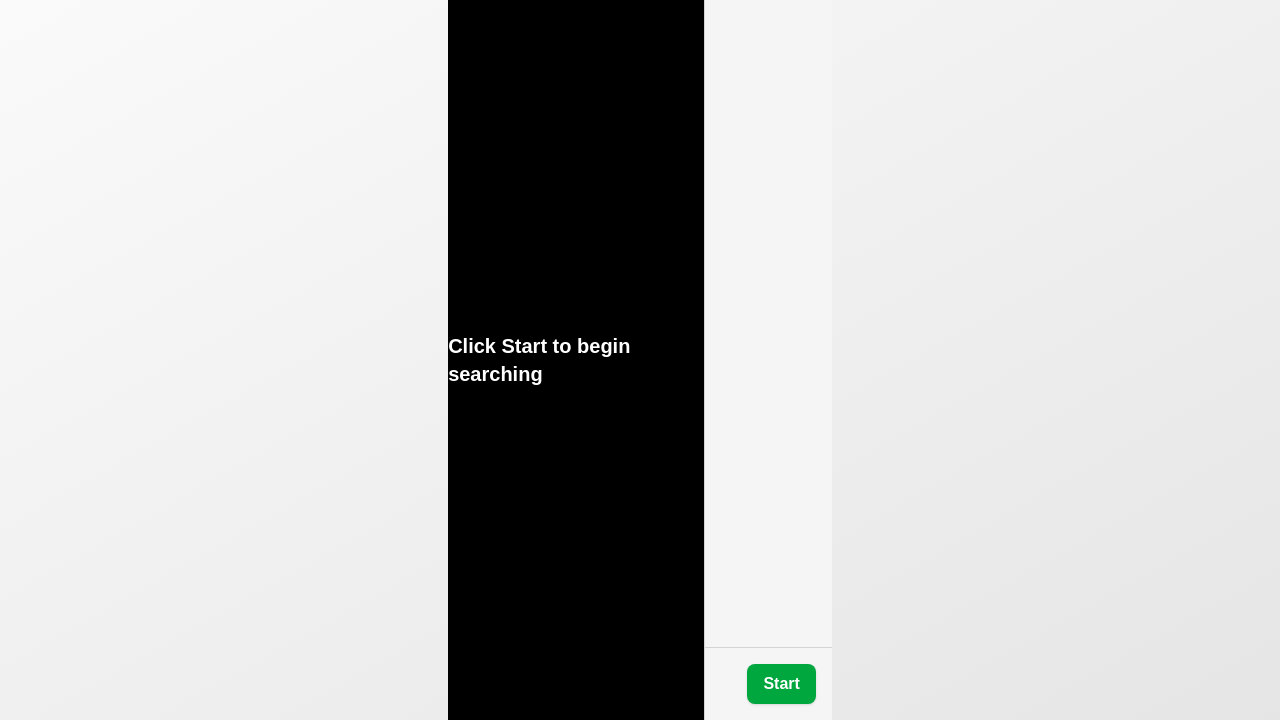
Repository: akanksha653/connectify
Page: /anonymous
An editor plug-in stored every save of this project. The page is shown before and after the next save, followed by the edit.
The browser window is 1280 px wide. The pictures show the whole page.
The page's requests for data from a server got no answer. The project was rebuilt for these pictures with package versions that can differ from the ones it lists, and the page was loaded fresh each time. The framework's server and built-in components were replaced by stand-ins that run in the browser. No one was signed in, and anything a server would have sent is missing. Also part of the build but not shown: next.config.ts, components/video/LocalVideo.tsx, components/video/RemoteVideo.tsx, components/chat/ChatBox.tsx, features/anonymousChat/components/FindingPartner.tsx.

Above is the page before, as saved 2025-07-12 16:34:38.

### src/app/anonymous/page.tsx
"use client";

import React from "react";
// Update the import path below to the correct relative path if needed
import AnonymousChatRoom from "../../../features/anonymousChat/components/AnonymousChatRoom";

export default function AnonymousPage() {
  return (
    <main className="flex min-h-screen flex-col items-center justify-center bg-gradient-to-br from-neutral-50 to-neutral-200 dark:from-neutral-900 dark:to-neutral-800 px-4">
      <AnonymousChatRoom />
    </main>
  );
}

### features/anonymousChat/components/AnonymousChatRoom.tsx
"use client";

import React, { useEffect, useState, useCallback } from "react";
import useWebRTC from "../hooks/useWebRTC";
import useSocket from "../hooks/useSocket";
import LocalVideo from "../../../components/video/LocalVideo";
import RemoteVideo from "../../../components/video/RemoteVideo";
import ChatBox from "../../../components/chat/ChatBox";
import FindingPartner from "./FindingPartner";

export default function AnonymousChatRoom() {
  const [roomId, setRoomId] = useState<string | null>(null);
  const [isOfferer, setIsOfferer] = useState<boolean | null>(null);
  const [loading, setLoading] = useState(false);
  const [sessionStarted, setSessionStarted] = useState(false);

  const socket = useSocket();

  /**
   * ✅ Initialize WebRTC only when session starts
   */
  const { localStream, remoteStream } = useWebRTC(roomId, isOfferer, sessionStarted);

  /**
   * ✅ Handle 'matched' event from server
   */
  const handleMatched = useCallback(
    ({ roomId, isOfferer }: { roomId: string; partnerId: string; isOfferer: boolean }) => {
      console.log("🎉 Matched in room:", roomId, "Offerer:", isOfferer);
      setRoomId(roomId);
      setIsOfferer(isOfferer);
      setLoading(false);
    },
    []
  );

  /**
   * ✅ Register matched event listener
   */
  useEffect(() => {
    if (!socket) return;

    socket.off("matched", handleMatched);
    socket.on("matched", handleMatched);

    return () => {
      socket.off("matched", handleMatched);
    };
  }, [socket, handleMatched]);

  /**
   * ✅ Socket connect/disconnect handlers
   */
  useEffect(() => {
    if (!socket) return;

    const handleDisconnect = () => {
      console.log("⚠️ Disconnected from socket server");
      setLoading(false);
      setSessionStarted(false);
    };

    const handleConnect = () => {
      console.log("✅ Connected to socket server:", socket.id);
    };

    socket.on("disconnect", handleDisconnect);
    socket.on("connect", handleConnect);

    return () => {
      socket.off("disconnect", handleDisconnect);
      socket.off("connect", handleConnect);
    };
  }, [socket]);

  /**
   * ✅ Leave room on unmount
   */
  useEffect(() => {
    return () => {
      if (socket && roomId) {
        socket.emit("leave-room", roomId);
        console.log("👋 Left room:", roomId);
      }
    };
  }, [socket, roomId]);

  /**
   * 🔘 Start, Stop, and Skip Handlers
   */
  const handleStart = () => {
    if (!sessionStarted) {
      setLoading(true);
      setSessionStarted(true);
      socket?.emit("start-looking");
      console.log("🔎 Started looking for partner");
    }
  };

  const handleStop = () => {
    if (roomId) {
      socket?.emit("leave-room", roomId);
      console.log("🛑 Stopped session and left room:", roomId);
    }
    setRoomId(null);
    setIsOfferer(null);
    setSessionStarted(false);
    setLoading(false);
  };

  const handleSkip = () => {
    handleStop();
    handleStart();
    console.log("⏭️ Skipped to new partner");
  };

  /**
   * ✅ Dynamic Button Label
   */
  const renderControlButton = () => {
    if (!sessionStarted) {
      return (
        <button
          onClick={handleStart}
          className="bg-green-600 hover:bg-green-700 text-white font-semibold px-4 py-2 rounded-lg shadow transition duration-200"
        >
          Start
        </button>
      );
    } else if (loading) {
      return (
        <button
          onClick={handleStop}
          className="bg-red-600 hover:bg-red-700 text-white font-semibold px-4 py-2 rounded-lg shadow transition duration-200"
        >
          Stop
        </button>
      );
    } else {
      return (
        <button
          onClick={handleSkip}
          className="bg-yellow-500 hover:bg-yellow-600 text-white font-semibold px-4 py-2 rounded-lg shadow transition duration-200"
        >
          Skip
        </button>
      );
    }
  };

  return (
    <div className="flex flex-col md:flex-row h-screen bg-neutral-50 dark:bg-neutral-900">
      {/* Video Section */}
      <div className="flex-1 bg-black flex items-center justify-center relative">
        {!sessionStarted ? (
          <div className="text-white text-xl font-semibold">Click Start to begin searching</div>
        ) : loading ? (
          <FindingPartner />
        ) : (
          <>
            <RemoteVideo stream={remoteStream} />
            <div className="absolute bottom-4 right-4 w-40 h-40 border-2 border-white rounded-md overflow-hidden shadow-lg">
              {localStream ? (
                <LocalVideo stream={localStream} />
              ) : (
                <div className="text-white text-sm">Loading camera...</div>
              )}
            </div>
          </>
        )}
      </div>

      {/* Chat Section */}
      <div className="md:w-1/3 bg-neutral-100 dark:bg-neutral-800 border-l border-neutral-300 dark:border-neutral-700 flex flex-col">
        <div className="flex-grow">
          {roomId && <ChatBox socket={socket} roomId={roomId} />}
        </div>

        {/* Dynamic Start/Stop/Skip Button */}
        <div className="p-4 border-t border-neutral-300 dark:border-neutral-700 flex justify-end">
          {renderControlButton()}
        </div>
      </div>
    </div>
  );
}

### features/anonymousChat/hooks/useWebRTC.ts
import { useEffect, useRef, useState } from "react";
import { io, Socket } from "socket.io-client";

const SOCKET_URL = process.env.NEXT_PUBLIC_SOCKET_URL;

export default function useWebRTC(roomId: string | null, isOfferer: boolean | null, isStarted: boolean) {
  const [remoteStream, setRemoteStream] = useState<MediaStream | null>(null);
  const [localStream, setLocalStream] = useState<MediaStream | null>(null);
  const peerConnectionRef = useRef<RTCPeerConnection | null>(null);
  const socketRef = useRef<Socket | null>(null);

  const iceServers = {
    iceServers: [
      { urls: "stun:stun.l.google.com:19302" },
      { urls: "stun:stun1.l.google.com:19302" },
      // 🔒 Add TURN servers for production behind NAT/firewalls
    ],
  };

  useEffect(() => {
    if (!roomId || isOfferer === null || !isStarted) {
      console.log("⏳ Waiting for Start button click + server-assigned roomId + role...");
      return;
    }

    const init = async () => {
      if (!SOCKET_URL) {
        console.error("❌ NEXT_PUBLIC_SOCKET_URL is not defined");
        return;
      }

      try {
        // ✅ Connect to signaling server
        socketRef.current = io(SOCKET_URL, {
          transports: ["websocket"],
        });

        socketRef.current.on("connect", () => {
          console.log("✅ Connected to socket server:", socketRef.current?.id);
        });

        // ✅ Get local media stream AFTER user clicks Start
        const stream = await navigator.mediaDevices.getUserMedia({ video: true, audio: true });
        setLocalStream(stream);
        console.log("📷 Obtained local media stream");

        // ✅ Create RTCPeerConnection
        peerConnectionRef.current = new RTCPeerConnection(iceServers);
        console.log("🔧 Created RTCPeerConnection");

        // ✅ Add local tracks to peer connection
        stream.getTracks().forEach((track) => {
          peerConnectionRef.current?.addTrack(track, stream);
        });

        // ✅ Handle remote stream
        peerConnectionRef.current.ontrack = (event) => {
          console.log("📡 Received remote stream track");
          setRemoteStream(event.streams[0]);
        };

        // ✅ Monitor connection state
        peerConnectionRef.current.onconnectionstatechange = () => {
          console.log("🔗 Connection state:", peerConnectionRef.current?.connectionState);
        };

        // ✅ Handle ICE candidates generated locally
        peerConnectionRef.current.onicecandidate = (event) => {
          if (event.candidate) {
            console.log("📤 Sending ICE candidate");
            socketRef.current?.emit("ice-candidate", { candidate: event.candidate, roomId });
          }
        };

        // ✅ Join room and wait for confirmation before offer creation
        socketRef.current.emit("join-room", roomId);

        socketRef.current.on("joined-room", async (joinedRoomId) => {
          console.log("🏠 Successfully joined room:", joinedRoomId);

          if (isOfferer) {
            console.log("📞 Creating offer...");
            const offer = await peerConnectionRef.current!.createOffer();
            await peerConnectionRef.current!.setLocalDescription(offer);
            socketRef.current?.emit("offer", { offer, roomId });
            console.log("📤 Sent offer:", offer);
          }
        });

        // ✅ Listen for offer
        socketRef.current.on("offer", async ({ offer }) => {
          console.log("📩 Received offer:", offer);
          await peerConnectionRef.current!.setRemoteDescription(new RTCSessionDescription(offer));
          const answer = await peerConnectionRef.current!.createAnswer();
          await peerConnectionRef.current!.setLocalDescription(answer);
          socketRef.current?.emit("answer", { answer, roomId });
          console.log("📤 Sent answer:", answer);
        });

        // ✅ Listen for answer
        socketRef.current.on("answer", async ({ answer }) => {
          console.log("📩 Received answer:", answer);
          await peerConnectionRef.current!.setRemoteDescription(new RTCSessionDescription(answer));
        });

        // ✅ Listen for ICE candidates from remote peer
        socketRef.current.on("ice-candidate", async ({ candidate }) => {
          console.log("📩 Received ICE candidate:", candidate);
          try {
            await peerConnectionRef.current!.addIceCandidate(new RTCIceCandidate(candidate));
          } catch (error) {
            console.error("❌ Error adding received ICE candidate:", error);
          }
        });

      } catch (error) {
        console.error("❌ Failed to initialize WebRTC:", error);
      }
    };

    init();

    return () => {
      console.log("🧹 Cleaning up WebRTC and socket connections");
      peerConnectionRef.current?.close();
      localStream?.getTracks().forEach((track) => track.stop());
      socketRef.current?.disconnect();
    };
  }, [roomId, isOfferer, isStarted]);

  return { localStream, remoteStream };
}

### features/anonymousChat/hooks/useSocket.ts
// features/anonymousChat/hooks/useSocket.ts

import { useEffect, useState } from "react";
import { io, Socket } from "socket.io-client";

const SOCKET_URL = process.env.NEXT_PUBLIC_SOCKET_URL;

export default function useSocket(): Socket | null {
  const [socket, setSocket] = useState<Socket | null>(null);

  useEffect(() => {
    if (!SOCKET_URL) {
      console.error("❌ NEXT_PUBLIC_SOCKET_URL is not defined");
      return;
    }

    const newSocket = io(SOCKET_URL, {
      transports: ["websocket"],
      reconnectionAttempts: 3,
      reconnectionDelay: 1000,
      forceNew: true, // ✅ ensures fresh connection per hook usage
    });

    newSocket.on("connect", () => {
      console.log("✅ Connected to socket server:", newSocket.id);
    });

    newSocket.on("disconnect", () => {
      console.log("❌ Disconnected from socket server");
    });

    newSocket.on("connect_error", (err) => {
      console.error("⚠️ Socket connection error:", err.message);
    });

    setSocket(newSocket);

    return () => {
      newSocket.disconnect();
    };
  }, []);

  return socket;
}

Loaded but not shown: src/app/layout.tsx (common file); src/app/globals.css (common file)

After the next save:
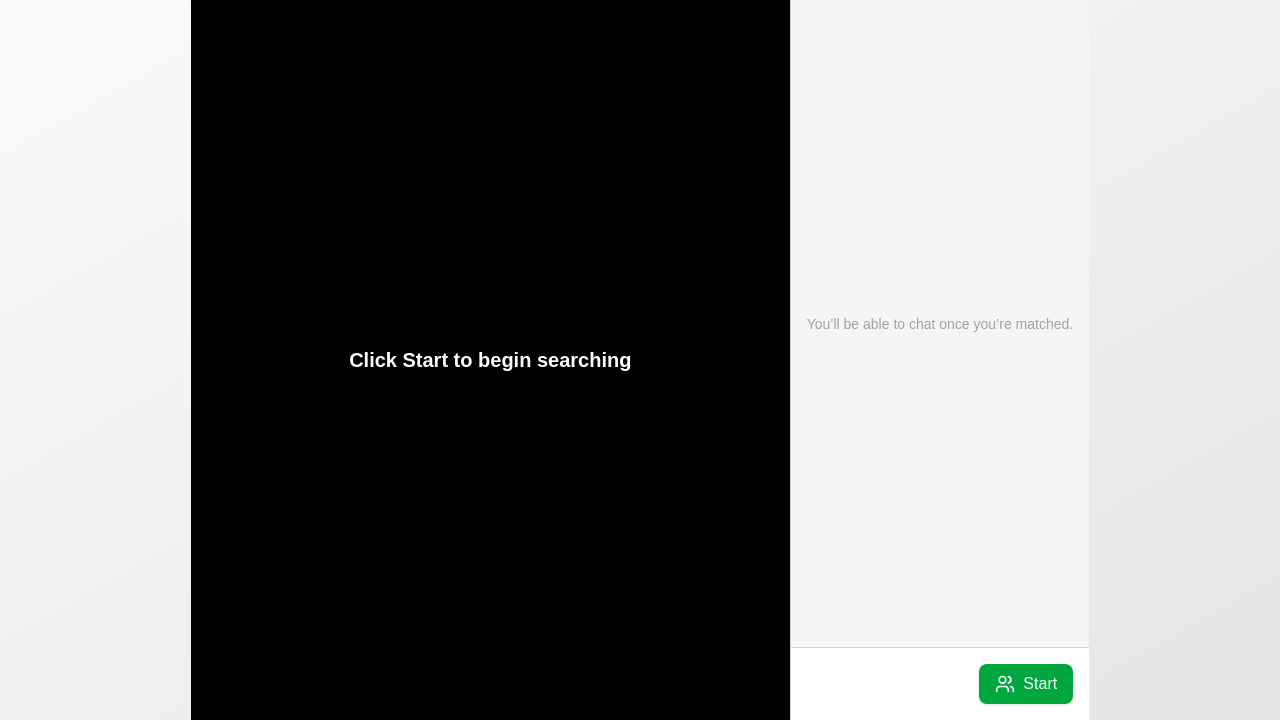
Saved 18 min 49 s later.
--- a/features/anonymousChat/components/AnonymousChatRoom.tsx
+++ b/features/anonymousChat/components/AnonymousChatRoom.tsx
@@ -7,6 +7,7 @@ import LocalVideo from "../../../components/video/LocalVideo";
 import RemoteVideo from "../../../components/video/RemoteVideo";
 import ChatBox from "../../../components/chat/ChatBox";
 import FindingPartner from "./FindingPartner";
+import { Video, Users, RefreshCcw, CircleStop } from "lucide-react";
 
 export default function AnonymousChatRoom() {
   const [roomId, setRoomId] = useState<string | null>(null);
@@ -15,42 +16,24 @@ export default function AnonymousChatRoom() {
   const [sessionStarted, setSessionStarted] = useState(false);
 
   const socket = useSocket();
-
-  /**
-   * ✅ Initialize WebRTC only when session starts
-   */
   const { localStream, remoteStream } = useWebRTC(roomId, isOfferer, sessionStarted);
 
-  /**
-   * ✅ Handle 'matched' event from server
-   */
-  const handleMatched = useCallback(
-    ({ roomId, isOfferer }: { roomId: string; partnerId: string; isOfferer: boolean }) => {
-      console.log("🎉 Matched in room:", roomId, "Offerer:", isOfferer);
-      setRoomId(roomId);
-      setIsOfferer(isOfferer);
-      setLoading(false);
-    },
-    []
-  );
+  const handleMatched = useCallback(({ roomId, isOfferer }: { roomId: string; partnerId: string; isOfferer: boolean }) => {
+    console.log("🎉 Matched in room:", roomId, "Offerer:", isOfferer);
+    setRoomId(roomId);
+    setIsOfferer(isOfferer);
+    setLoading(false);
+  }, []);
 
-  /**
-   * ✅ Register matched event listener
-   */
   useEffect(() => {
     if (!socket) return;
-
     socket.off("matched", handleMatched);
     socket.on("matched", handleMatched);
-
     return () => {
       socket.off("matched", handleMatched);
     };
   }, [socket, handleMatched]);
 
-  /**
-   * ✅ Socket connect/disconnect handlers
-   */
   useEffect(() => {
     if (!socket) return;
 
@@ -73,9 +56,6 @@ export default function AnonymousChatRoom() {
     };
   }, [socket]);
 
-  /**
-   * ✅ Leave room on unmount
-   */
   useEffect(() => {
     return () => {
       if (socket && roomId) {
@@ -85,9 +65,6 @@ export default function AnonymousChatRoom() {
     };
   }, [socket, roomId]);
 
-  /**
-   * 🔘 Start, Stop, and Skip Handlers
-   */
   const handleStart = () => {
     if (!sessionStarted) {
       setLoading(true);
@@ -114,16 +91,15 @@ export default function AnonymousChatRoom() {
     console.log("⏭️ Skipped to new partner");
   };
 
-  /**
-   * ✅ Dynamic Button Label
-   */
   const renderControlButton = () => {
+    const baseClasses = "flex items-center gap-2 px-4 py-2 rounded-lg shadow font-medium transition";
     if (!sessionStarted) {
       return (
         <button
           onClick={handleStart}
-          className="bg-green-600 hover:bg-green-700 text-white font-semibold px-4 py-2 rounded-lg shadow transition duration-200"
+          className={`${baseClasses} bg-green-600 hover:bg-green-700 text-white`}
         >
+          <Users className="w-5 h-5" />
           Start
         </button>
       );
@@ -131,8 +107,9 @@ export default function AnonymousChatRoom() {
       return (
         <button
           onClick={handleStop}
-          className="bg-red-600 hover:bg-red-700 text-white font-semibold px-4 py-2 rounded-lg shadow transition duration-200"
+          className={`${baseClasses} bg-red-600 hover:bg-red-700 text-white`}
         >
+          <CircleStop className="w-5 h-5" />
           Stop
         </button>
       );
@@ -140,8 +117,9 @@ export default function AnonymousChatRoom() {
       return (
         <button
           onClick={handleSkip}
-          className="bg-yellow-500 hover:bg-yellow-600 text-white font-semibold px-4 py-2 rounded-lg shadow transition duration-200"
+          className={`${baseClasses} bg-yellow-500 hover:bg-yellow-600 text-white`}
         >
+          <RefreshCcw className="w-5 h-5" />
           Skip
         </button>
       );
@@ -149,9 +127,9 @@ export default function AnonymousChatRoom() {
   };
 
   return (
-    <div className="flex flex-col md:flex-row h-screen bg-neutral-50 dark:bg-neutral-900">
+    <div className="grid md:grid-cols-3 h-screen bg-neutral-100 dark:bg-neutral-900">
       {/* Video Section */}
-      <div className="flex-1 bg-black flex items-center justify-center relative">
+      <div className="md:col-span-2 relative flex items-center justify-center bg-black">
         {!sessionStarted ? (
           <div className="text-white text-xl font-semibold">Click Start to begin searching</div>
         ) : loading ? (
@@ -159,25 +137,29 @@ export default function AnonymousChatRoom() {
         ) : (
           <>
             <RemoteVideo stream={remoteStream} />
-            <div className="absolute bottom-4 right-4 w-40 h-40 border-2 border-white rounded-md overflow-hidden shadow-lg">
+            <div className="absolute bottom-5 right-5 w-36 h-36 border-2 border-white rounded overflow-hidden">
               {localStream ? (
                 <LocalVideo stream={localStream} />
               ) : (
-                <div className="text-white text-sm">Loading camera...</div>
+                <div className="text-white text-sm p-2">Loading camera...</div>
               )}
             </div>
           </>
         )}
       </div>
 
-      {/* Chat Section */}
-      <div className="md:w-1/3 bg-neutral-100 dark:bg-neutral-800 border-l border-neutral-300 dark:border-neutral-700 flex flex-col">
-        <div className="flex-grow">
-          {roomId && <ChatBox socket={socket} roomId={roomId} />}
+      {/* Chat + Controls */}
+      <div className="flex flex-col border-l border-neutral-300 dark:border-neutral-700">
+        <div className="flex-grow overflow-y-auto">
+          {roomId ? (
+            <ChatBox socket={socket} roomId={roomId} />
+          ) : (
+            <div className="flex items-center justify-center h-full text-neutral-400 text-sm px-4">
+              You’ll be able to chat once you’re matched.
+            </div>
+          )}
         </div>
-
-        {/* Dynamic Start/Stop/Skip Button */}
-        <div className="p-4 border-t border-neutral-300 dark:border-neutral-700 flex justify-end">
+        <div className="p-4 border-t border-neutral-300 dark:border-neutral-700 bg-white dark:bg-neutral-800 flex justify-end">
           {renderControlButton()}
         </div>
       </div>
